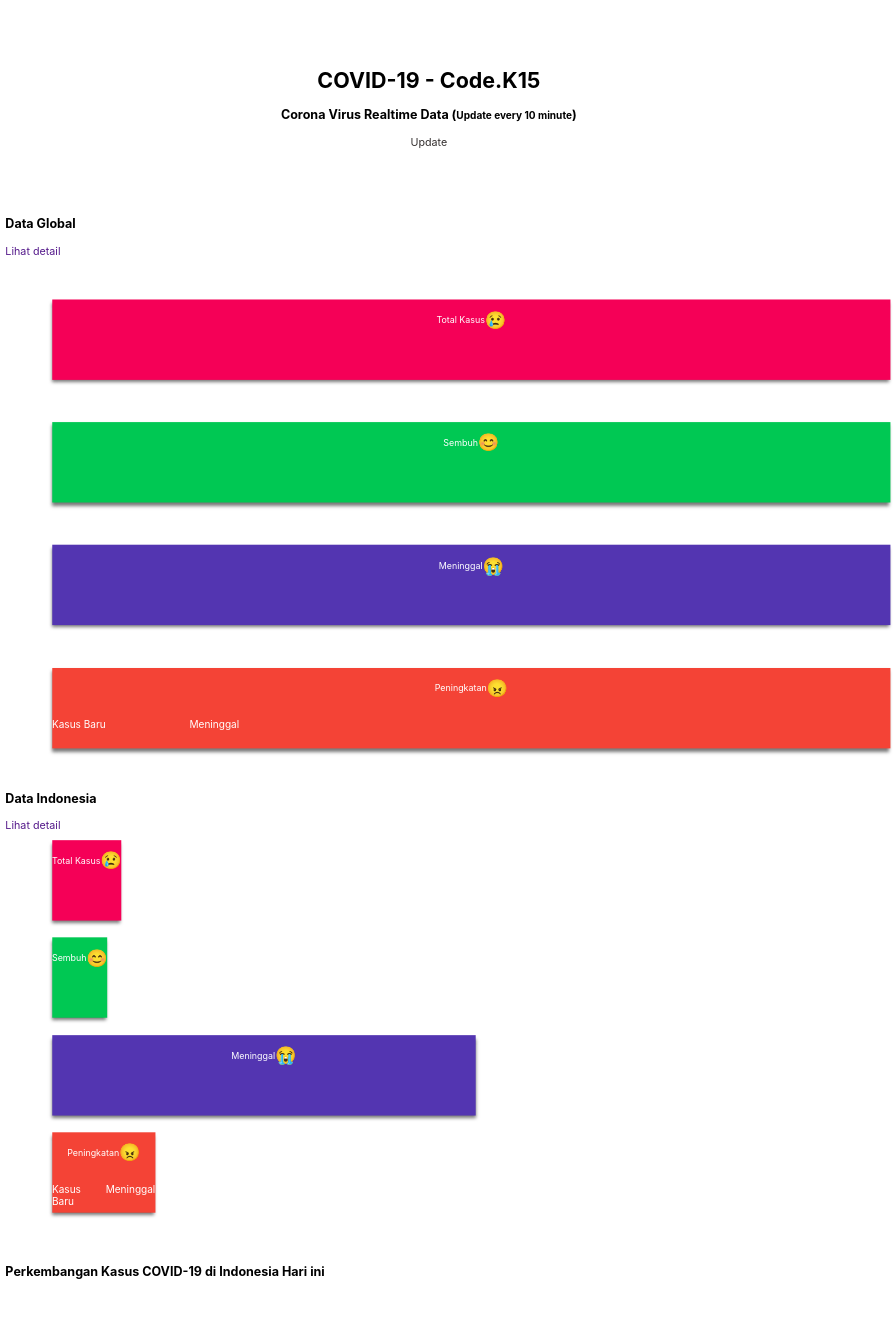
Repository: fathur15/covid19-monitoring
Page: http://localhost/covid19/apps/views/data/main/dashboard.php
These files come from the project's save history. The page is drawn as it stood at one moment and after the next save; the edit follows.
The browser window is 1280 px wide. The page is 1335 px wide, so the pictures cover 1335 px, including what lies to the right of the window. The pictures show the whole page, at 67% of full size.
The page is run by PHP 8.4 with error messages shown; the project is at /var/www/html/.

Above is the page before, as saved 2020-04-17 11:22:29.

After the next save:
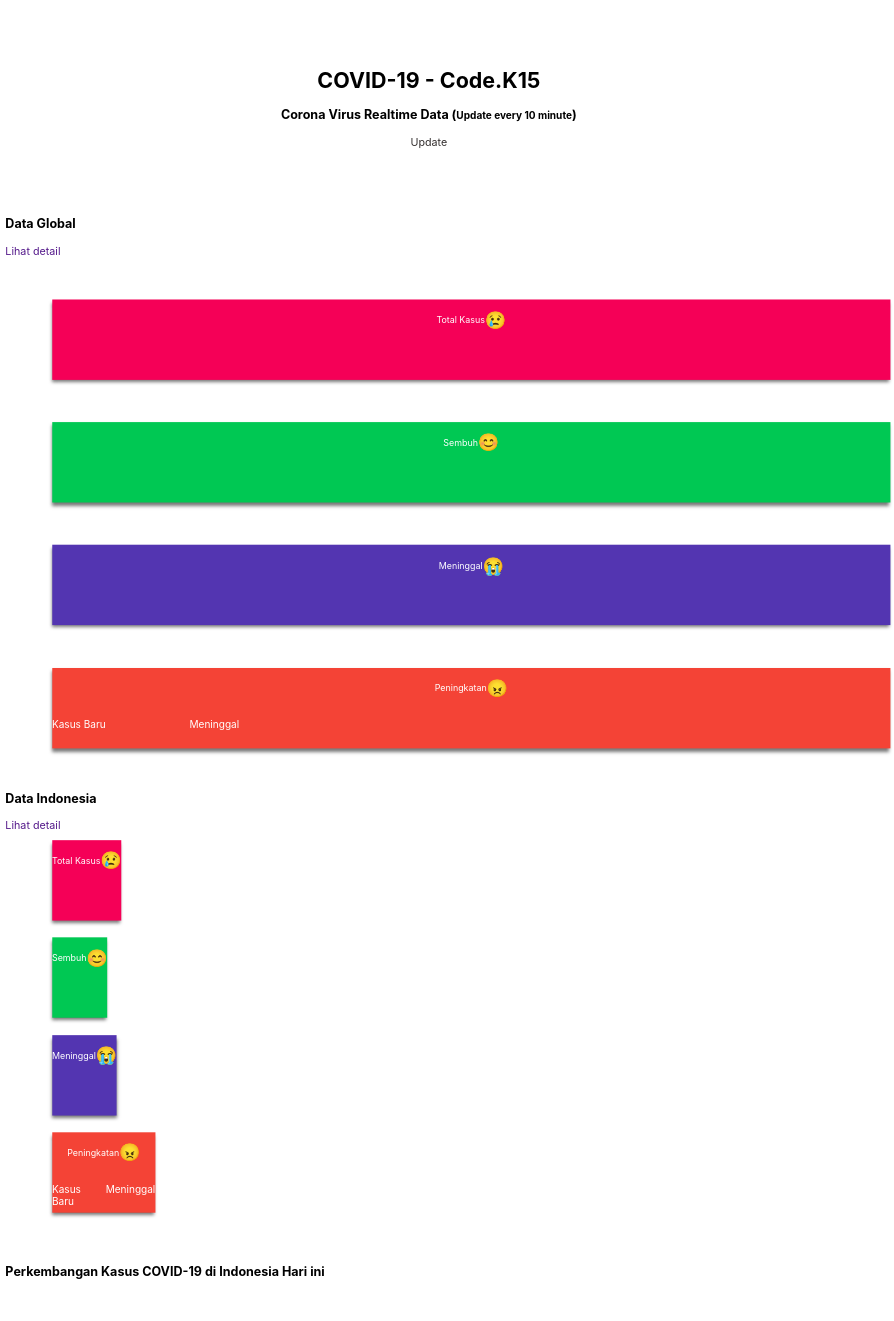
Saved 63 s later.
--- a/apps/views/data/main/dashboard.php
+++ b/apps/views/data/main/dashboard.php
@@ -117,7 +117,7 @@
                         </div>
                     </div>
                     <div class ="col-sm-12 col-md-6 col-lg-6 col-xl-3">
-                        <div class="card shadow-box" style="margin: 1% 0.5%; display: inline-block; height: 120px;align-items: center; width: 50%;  background :#5335b1">
+                        <div class="card shadow-box" style="margin: 1% 0.5%; display: inline-block; height: 120px;align-items: center; background :#5335b1">
                             <div class="card-body">
                                 <div style="flex-direction: row; display: flex; justify-content: center; align-items: center;">
                                     <h5 id="title-kasus-indonesia" class="card-text">Meninggal</h5>
